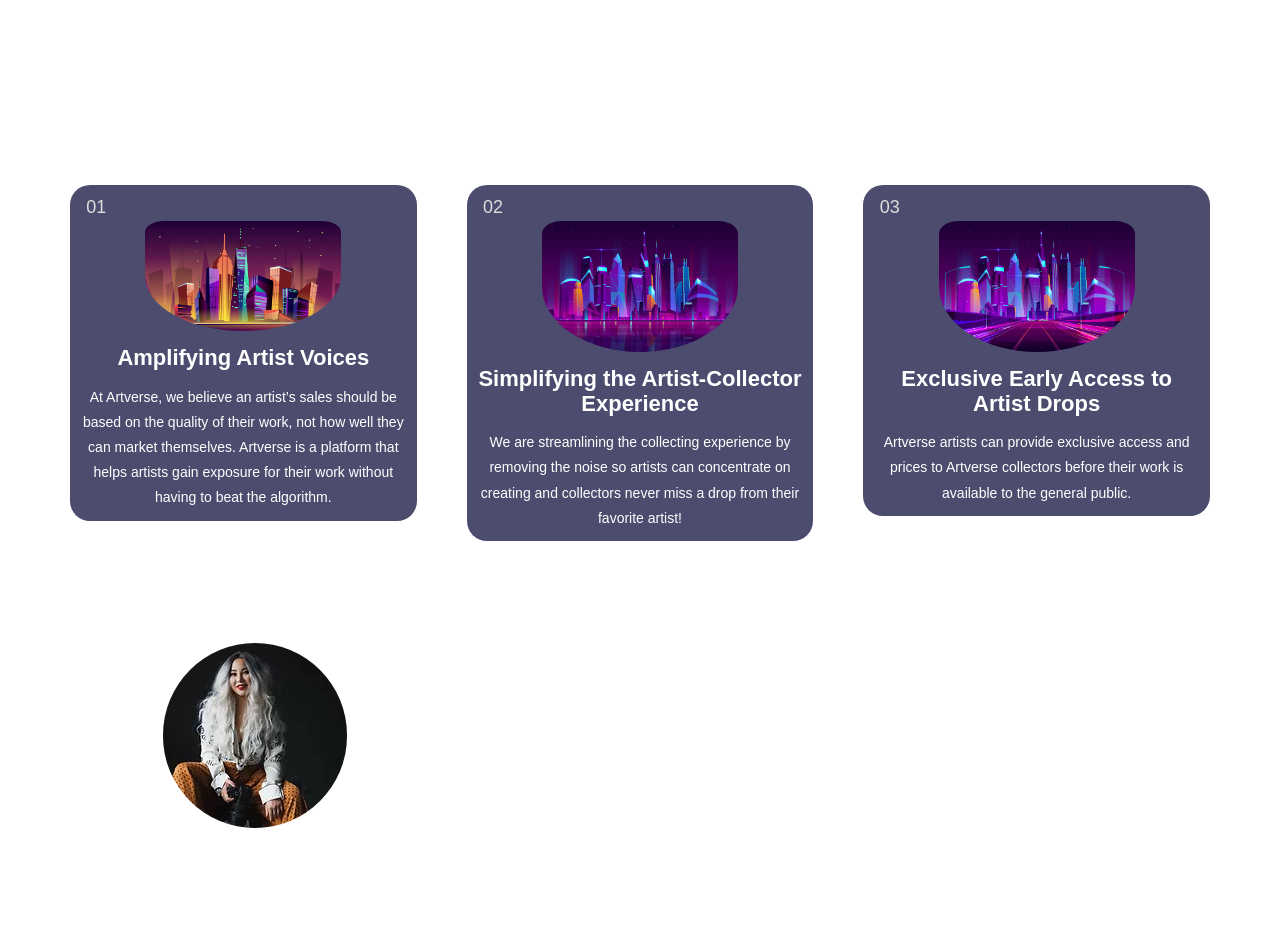
Repository: akinolapo/artverse
Page: /
The author's editor kept a copy of each file at every save. The page is drawn from the files as they stood at one save, then again after a run of saves.
The browser window is 1280 px wide. The pictures show the part of the page from y = 773 to 1725 px (the page is 1711 px tall before and 1725 px after).
The project was rebuilt for these pictures with package versions that can differ from the ones it lists, and the page was loaded fresh each time.

Above is the page before, as saved 2022-07-25 14:29:22.

After the next 2 saves:
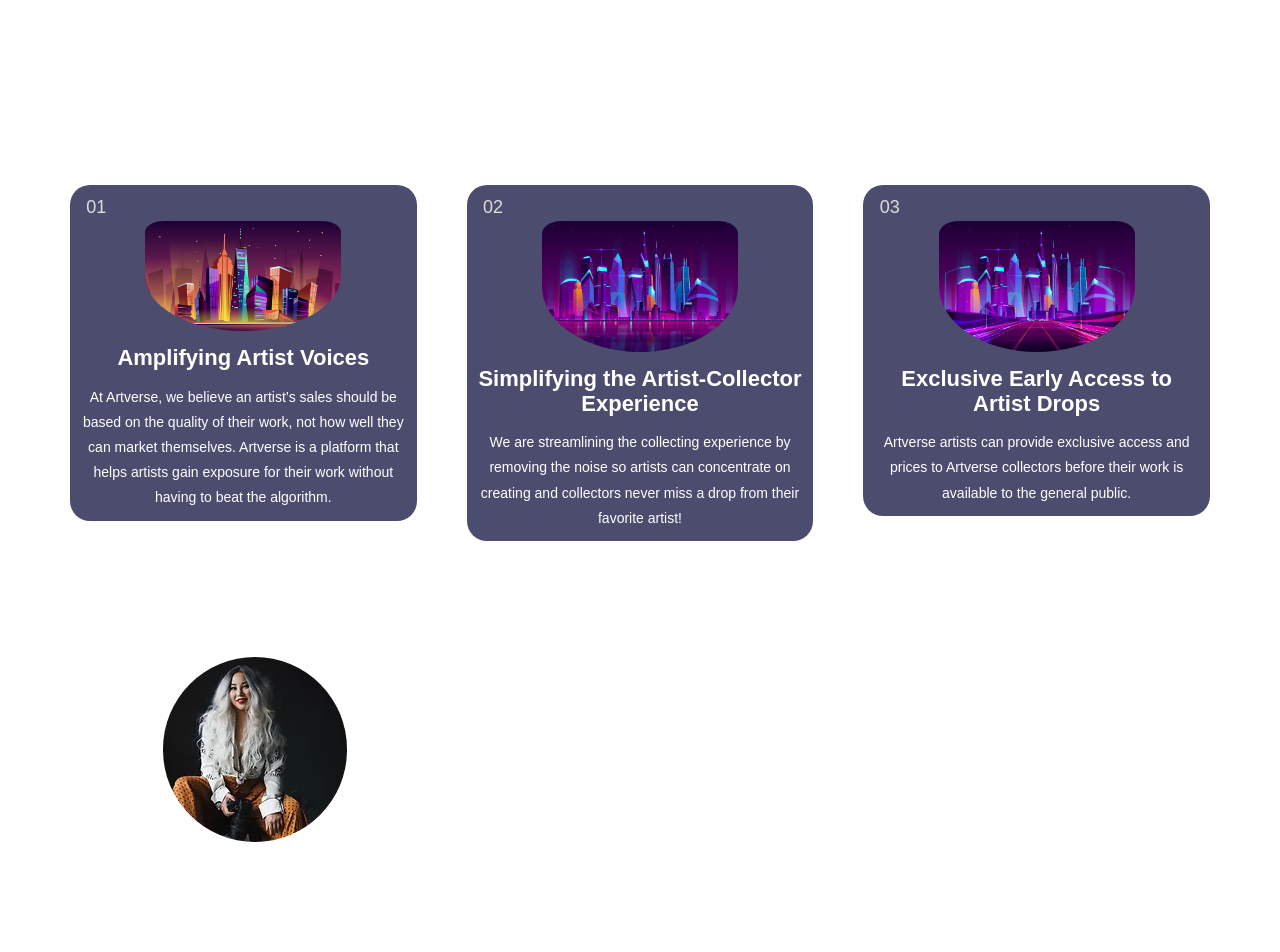
The 2 saves are shown as one change because they came seconds apart.
The last was saved 31 s later.
--- a/src/components/Team/Team.jsx
+++ b/src/components/Team/Team.jsx
@@ -4,7 +4,7 @@
 const Team = () => {
     return (
         <div id='team' className='py-10 px-20'>
-            <h2 className=' text-center text-3xl font-bold'>The Team</h2>
+            <h2 className=' text-center text-3xl font-bold mb-4'>The Team</h2>
             <div className='grid grid-cols-1 gap-4 items-center md:grid-cols-3'>
                 <div>
                     <div className='text-center'>
